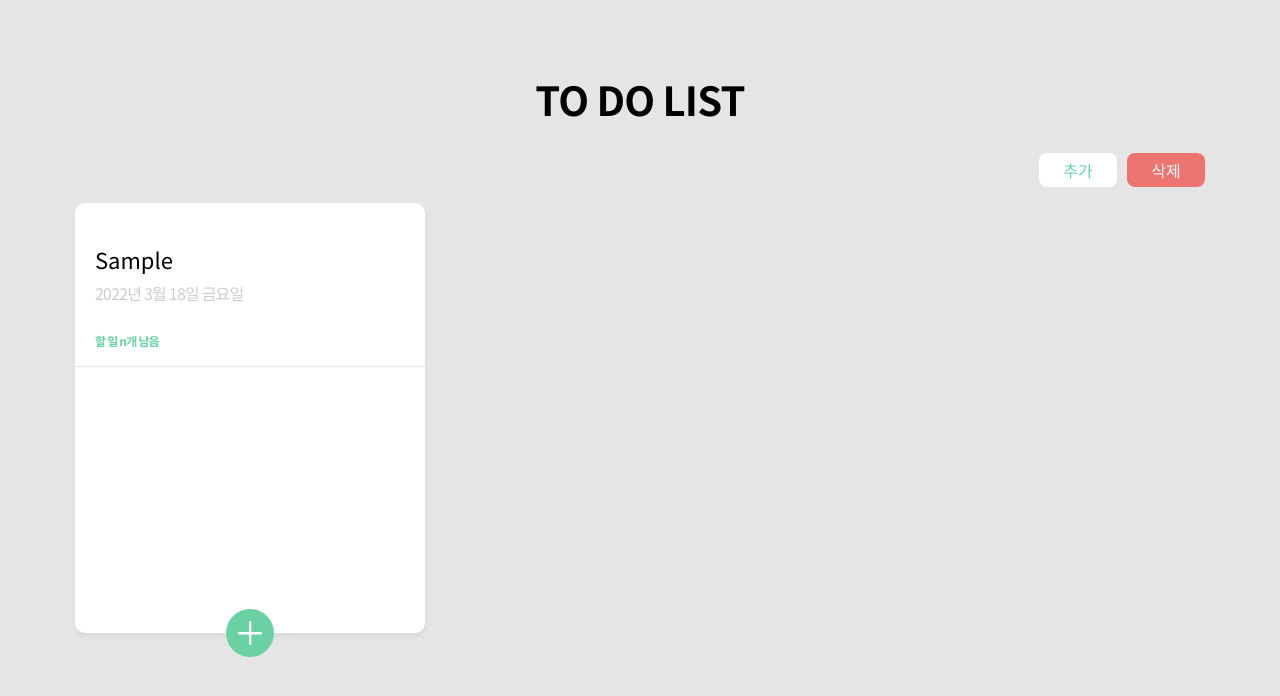
Repository: KIMSEOUNYOUNG/toDoList
Page: skin/main.html
The author's editor kept a copy of each file at every save. The page is drawn from the files as they stood at one save, then again after the next save.
The browser window is 1280 px wide. The pictures show the whole page.
Empty fields were first filled with sample values (such as "Sample", 5 or name@example.com).
After loading, the first visible `button.del` was clicked once.

Above is the page before, as saved 2022-05-02 10:26:55.

After the next save:
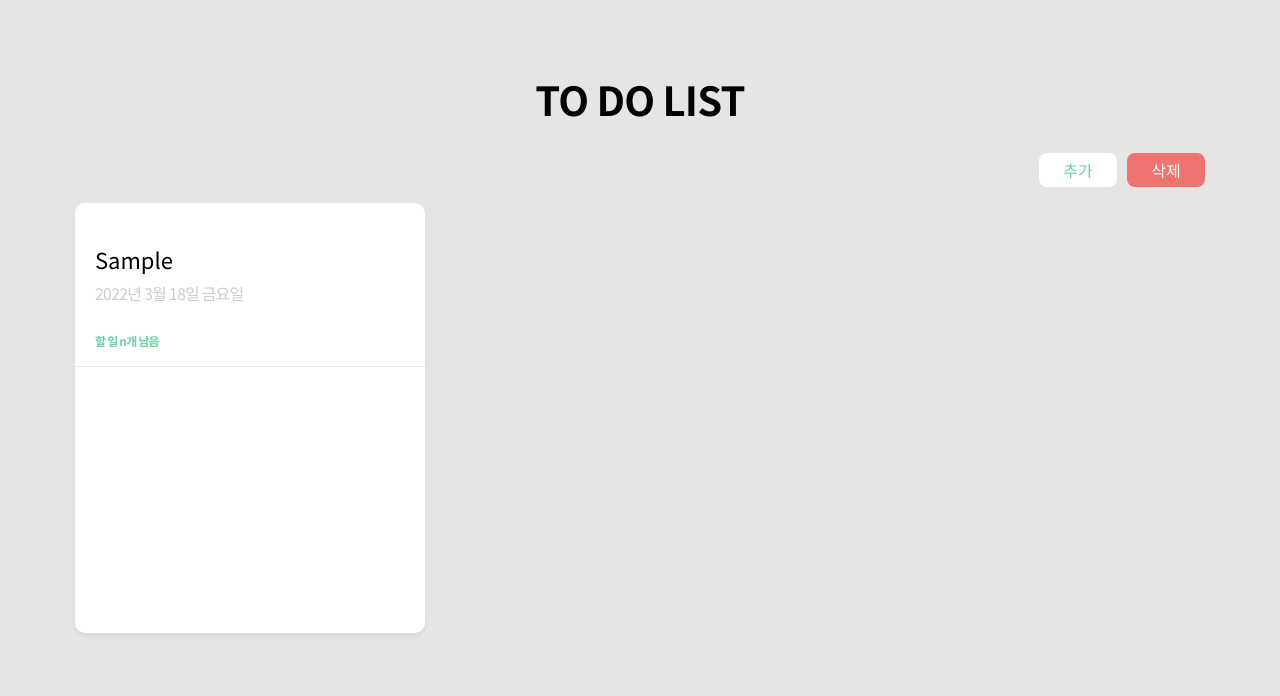
Saved 107 s later.
--- a/skin/main.html
+++ b/skin/main.html
@@ -139,6 +139,12 @@
         }
     }
 
+    function delList(){
+        var target = window.event.target;
+
+        target.closest('li').remove();
+    }
+
     // tdList_box 삭제
     $('.btn.del:not(.chk)').on('click', function(){
         var $tdBox = document.querySelectorAll('.tdList_box');
@@ -151,6 +157,7 @@
             var $delChkBox = $('.del_chk > input');
 
             $(this).hide().siblings('.btn.del').show();
+            $('.tdList_btn_box').hide();
             $($delChkBox).attr('disabled', false);
 
             console.log($delChkBox);
@@ -161,18 +168,13 @@
         }
     });
 
-    function delList(){
-        var target = window.event.target;
-
-        target.closest('li').remove();
-    }
-
     function delBox(){
         var chk = $('.checked');
 
         $(chk).closest('div').remove();
         $('.del_chk > input').attr('disabled', true);
         $('.chk').hide().siblings('.del').show();
+        $('.tdList_btn_box').show();
     }
 
     function addBox(){
